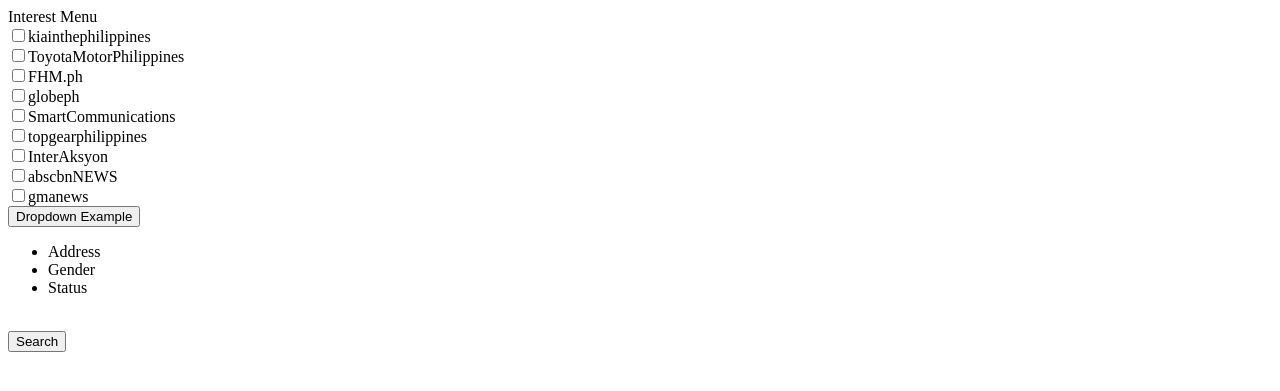
Repository: gpdigital/honeypot
Page: honeypot/WebContent/WEB-INF/views/fragment/interest_menu.html
These files come from the project's save history. The page is drawn as it stood at one moment and after the next save; the edit follows.
The browser window is 1280 px wide. The pictures show the whole page.

Above is the page before, as saved 2016-06-16 13:02:37.

### honeypot/WebContent/WEB-INF/views/fragment/interest_menu.html
<div class="container-fluid">
	<div class="col-md-6">
 		<div class="panel panel-default">
 			<div class="panel-heading">Interest Menu</div>
 			<div class="panel-body">
				<span class="dropdown">
	 				<input type="checkbox" id="check1" >kiainthephilippines</input><br/>
	 				<input type="checkbox" id="check2" >ToyotaMotorPhilippines</input><br/>
	 				<input type="checkbox" id="check3" >FHM.ph</input><br/>
	 				<input type="checkbox" id="check4" >globeph</input><br/>
	 				<input type="checkbox" id="check5" >SmartCommunications</input><br/>
	 				<input type="checkbox" id="check6" >topgearphilippines</input><br/>
	 				<input type="checkbox" id="check7" >InterAksyon</input><br/>
	 				<input type="checkbox" id="check8" >abscbnNEWS</input><br/>
	 				<input type="checkbox" id="check9" >gmanews</input><br/>
				</span>
				<span class="dropdown">
				    <button id="col2Basic" class="btn btn-primary dropdown-toggle" type="button" data-toggle="dropdown">Dropdown Example
				    <span class="caret"></span></button>
				    <ul class="dropdown-menu">
						<li><a onclick="javascript:col2Change('Address','7')">Address</a></li>
						<li><a onclick="javascript:col2Change('Gender','9')">Gender</a></li>
						<li><a onclick="javascript:col2Change('Status','10')">Status</a></li>
				    </ul>
				</span><br/>
				<button onclick="javascript:basicInfo()" type="button" class="btn btn-primary">Search</button>
 			</div>
 		</div>
 	</div>
</div>

After the next save:
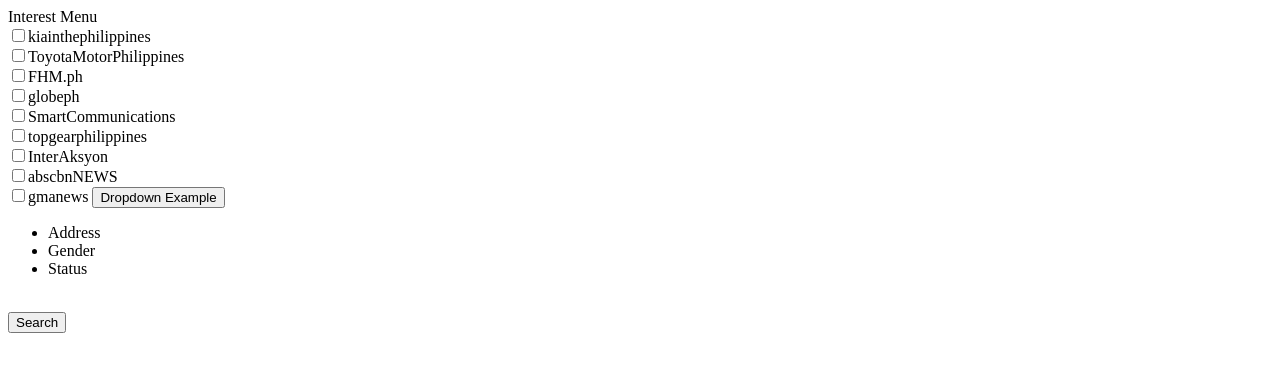
Saved 95 s later.
--- a/honeypot/WebContent/WEB-INF/views/fragment/interest_menu.html
+++ b/honeypot/WebContent/WEB-INF/views/fragment/interest_menu.html
@@ -12,15 +12,15 @@
 	 				<input type="checkbox" id="check6" >topgearphilippines</input><br/>
 	 				<input type="checkbox" id="check7" >InterAksyon</input><br/>
 	 				<input type="checkbox" id="check8" >abscbnNEWS</input><br/>
-	 				<input type="checkbox" id="check9" >gmanews</input><br/>
+	 				<input type="checkbox" id="check9" >gmanews</input>
 				</span>
 				<span class="dropdown">
 				    <button id="col2Basic" class="btn btn-primary dropdown-toggle" type="button" data-toggle="dropdown">Dropdown Example
 				    <span class="caret"></span></button>
 				    <ul class="dropdown-menu">
-						<li><a onclick="javascript:col2Change('Address','7')">Address</a></li>
-						<li><a onclick="javascript:col2Change('Gender','9')">Gender</a></li>
-						<li><a onclick="javascript:col2Change('Status','10')">Status</a></li>
+						<li><a onclick="javascript:col3Change('Address','7')">Address</a></li>
+						<li><a onclick="javascript:col3Change('Gender','9')">Gender</a></li>
+						<li><a onclick="javascript:col3Change('Status','10')">Status</a></li>
 				    </ul>
 				</span><br/>
 				<button onclick="javascript:basicInfo()" type="button" class="btn btn-primary">Search</button>
